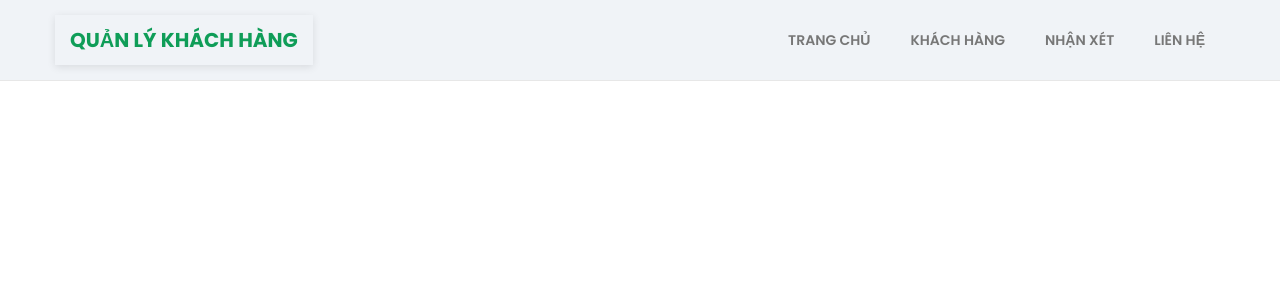
Repository: huutien1904/bt2-ltw
Page: index.html
These files come from the project's save history. The page is drawn as it stood at one moment and after the next save; the edit follows.
The browser window is 1280 px wide. The pictures show the whole page.

Above is the page before, as saved 2021-11-03 21:22:04.

### index.html
<!DOCTYPE html>
<html lang="en">
<head>
    <meta charset="UTF-8">
    <meta http-equiv="X-UA-Compatible" content="IE=edge">
    <meta name="viewport" content="width=device-width, initial-scale=1.0">
    <title>Quản Lý Khách Hàng</title>
    <link rel="stylesheet" href="https://maxcdn.bootstrapcdn.com/bootstrap/3.4.1/css/bootstrap.min.css">
    <link href="https://fonts.googleapis.com/css?family=Montserrat" rel="stylesheet" type="text/css">
    <link href="https://fonts.googleapis.com/css?family=Lato" rel="stylesheet" type="text/css">
    <!-- style -->
    <link rel="stylesheet" href="./style.css">
    <!-- font Poppins -->
    <link rel="preconnect" href="https://fonts.googleapis.com">
    <link rel="preconnect" href="https://fonts.gstatic.com" crossorigin>
    <link href="https://fonts.googleapis.com/css2?family=Poppins:wght@100;200;300;400;500;600;700;800;900&display=swap" rel="stylesheet">
    <!-- javacript boostrap -->
    <script src="https://ajax.googleapis.com/ajax/libs/jquery/3.5.1/jquery.min.js"></script>
    <script src="https://maxcdn.bootstrapcdn.com/bootstrap/3.4.1/js/bootstrap.min.js"></script>
</head>
<body>
    <nav class="navbar navbar-default navbar-fixed-top">
        <div class="container">
          <div class="navbar-header">
            <a class="navbar-brand" href="#myPage">QUẢN LÝ KHÁCH HÀNG</a>
          </div>
          <div class="collapse navbar-collapse" id="myNavbar">
            <ul class="nav navbar-nav navbar-right">
              <li class="active_nav"><a href="#about">TRANG CHỦ</a></li>
              <li><a href="#services">KHÁCH HÀNG</a></li>
              <li><a href="#pricing">NHẬN XÉT</a></li>
              <li><a href="#contact">LIÊN HỆ</a></li>
            </ul>
          </div>
        </div>
    </nav>
</body>
</html>

### style.css
*{
  font-family: 'Poppins', sans-serif;
}

:root {
  --primary-color: #0f9d58;
  --backgound-color: #f0f3f7;
  --secon-color: #9da2ad;
  --grey: #7a7a7a;
  --white: #ffffff;
}
body {
  font: 400 15px Lato, sans-serif;
  line-height: 1.8;
  color: #818181;
}
.navbar-default{
  padding: 15px;
  background-color: var(--backgound-color);
}
.navbar-brand{
  font-weight: 700;
  font-size: 20px;
  color: var(--primary-color) !important;
  box-shadow: 0 2px 8px rgb(0 0 0 / 10%);
}
.navbar-right li{
  font-size: 14px;
  font-weight: 600;
  margin: 0 5px;
  /* padding:5px; */
}
.navbar-right li:hover{
  background-color: var(--primary-color);
  border-radius: 15px;
}
/* .active_nav{
  background-color: var(--primary-color);
  border-radius: 15px;
} */

After the next save:
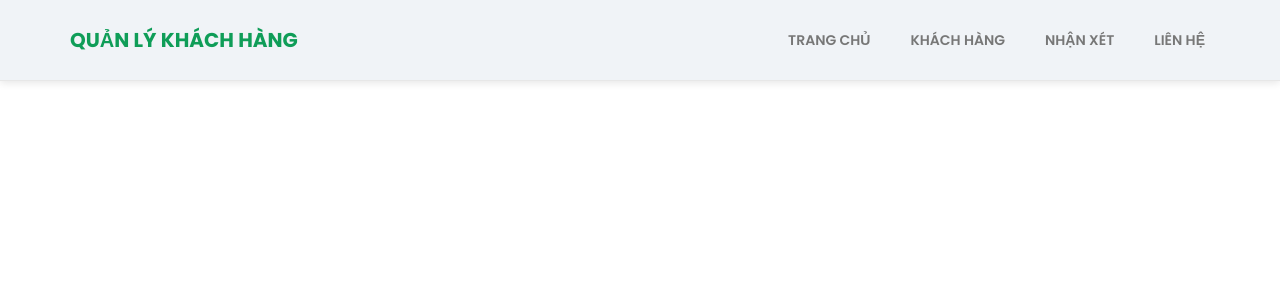
Saved 25 s later.
--- a/style.css
+++ b/style.css
@@ -17,12 +17,13 @@ body {
 .navbar-default{
   padding: 15px;
   background-color: var(--backgound-color);
+  box-shadow: 0 2px 8px rgb(0 0 0 / 10%);
 }
 .navbar-brand{
   font-weight: 700;
   font-size: 20px;
   color: var(--primary-color) !important;
-  box-shadow: 0 2px 8px rgb(0 0 0 / 10%);
+
 }
 .navbar-right li{
   font-size: 14px;
